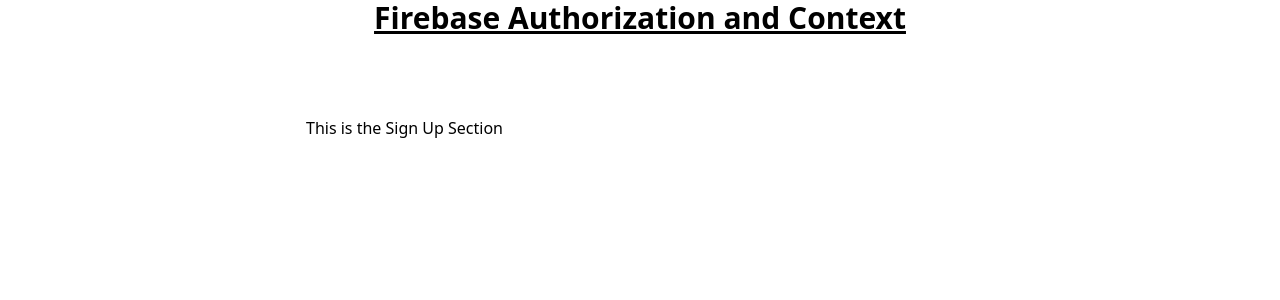
Repository: mottad14/practice_google_firebase
Page: /signup
These files come from the project's save history. The page is drawn as it stood at one moment and after the next save; the edit follows.
The browser window is 1280 px wide. The pictures show the whole page.
The project was rebuilt for these pictures with package versions that can differ from the ones it lists, and the page was loaded fresh each time. Also part of the build but not shown: src/components/Signin.jsx, src/components/Account.jsx.

Above is the page before, as saved 2022-07-27 08:57:55.

After the next save:
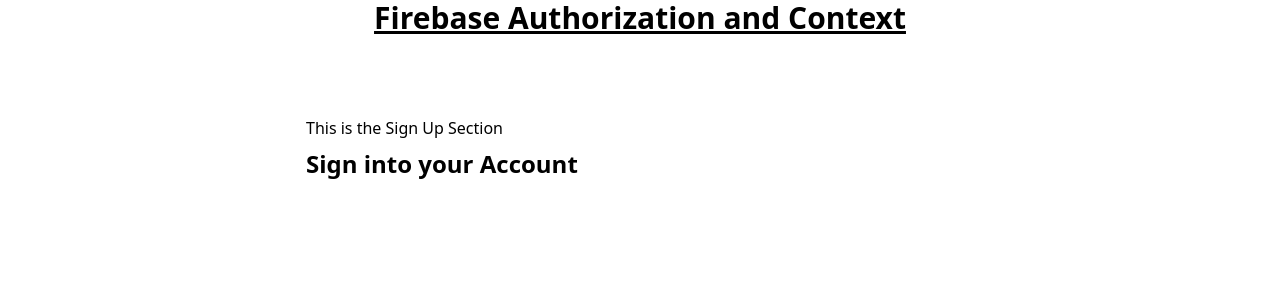
Saved 85 s later.
--- a/src/components/Signup.jsx
+++ b/src/components/Signup.jsx
@@ -2,7 +2,14 @@
 
 const Signup = () => {
   return (
-    <div className='max-w-[700px] mx-auto my-16 p-4 '>This is the Sign Up Section</div>
+    <div className='max-w-[700px] mx-auto my-16 p-4 '>
+
+      This is the Sign Up Section
+      <div>
+        <h1 className='text-2xl font-bold py-2'>Sign into your Account</h1>
+      </div>
+
+    </div>
   )
 }
 
